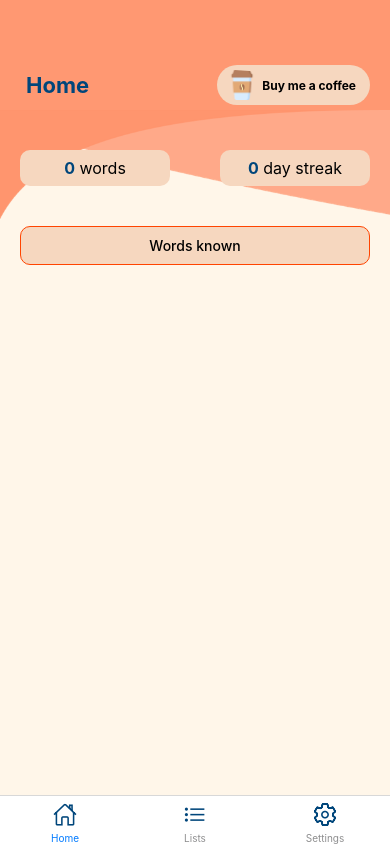
Repository: David-Waite/SpellingApp
Screen: /
The author's editor kept a copy of each file at every save. The screen is drawn from the files as they stood at one save, then again after the next save.
The app was drawn by React Native's web renderer in a window 390 px wide. The project was rebuilt for these pictures with package versions that can differ from the ones it lists, and the page was loaded fresh each time. Also part of the build but not shown: screens/Settings.js, screens/SpellWord.js, screens/WordsLearnt.js, screens/WordListOverview.js, screens/WordLists.js, screens/Donate.js.

Above is the screen before, as saved 2023-06-22 22:28:45.

### App.js
import { NavigationContainer } from "@react-navigation/native";
import { StatusBar } from "expo-status-bar";
import { StyleSheet } from "react-native";
import { Ionicons } from "@expo/vector-icons";

import Home from "./screens/Home";
import Settings from "./screens/Settings";
import SpellWord from "./screens/SpellWord";
import WordsLearnt from "./screens/WordsLearnt";
import WordListOverview from "./screens/WordListOverview";
import WordLists from "./screens/WordLists";
import Donate from "./screens/Donate";

import { createStackNavigator } from "@react-navigation/stack";
import { createBottomTabNavigator } from "@react-navigation/bottom-tabs";
import { GlobalStyles } from "./constants/styles";

import CoffeeBtn from "./components/ui/CoffeeBtn";

const BottomTabs = createBottomTabNavigator();
const Stack = createStackNavigator();

function BottomTabsScreens() {
  return (
    <BottomTabs.Navigator>
      <BottomTabs.Screen
        name="Home"
        component={Home}
        headerShadowVisible={false}
        options={({ navigation }) => ({
          headerRight: () => (
            <CoffeeBtn
              onPress={() => {
                navigation.navigate("Donate");
              }}
            />
          ),
          title: "Home",
          tabBarLabel: "Home",
          headerTitleAlign: "left",
          headerShadowVisible: false,
          headerTitleStyle: {
            color: GlobalStyles.colors.accent500,
            fontSize: 22,
            marginLeft: 10,
            fontWeight: 700,
            marginBottom: -60,
          },
          headerStyle: {
            backgroundColor: GlobalStyles.colors.primary400,
            height: 110,
          },

          tabBarIcon: ({ color, size }) => (
            <Ionicons
              name="home-outline"
              size={size}
              color={GlobalStyles.colors.accent500}
            />
          ),
        })}
      />
      <BottomTabs.Screen
        name="WordLists"
        component={WordLists}
        options={{
          title: "Word Lists",
          tabBarLabel: "Lists",
          tabBarIcon: ({ color, size }) => (
            <Ionicons
              name="list-outline"
              size={size}
              color={GlobalStyles.colors.accent500}
            />
          ),
        }}
      />
      <BottomTabs.Screen
        name="Settings"
        component={Settings}
        options={{
          title: "Settings",
          tabBarLabel: "Settings",
          tabBarIcon: ({ color, size }) => (
            <Ionicons
              name="settings-outline"
              size={size}
              color={GlobalStyles.colors.accent500}
            />
          ),
        }}
      />
    </BottomTabs.Navigator>
  );
}
export default function App() {
  return (
    <>
      <StatusBar style="light" />
      <NavigationContainer>
        <Stack.Navigator>
          <Stack.Screen
            name="BottomTabsScreen"
            component={BottomTabsScreens}
            options={{ headerShown: false }}
          />
          <Stack.Screen
            name="WordsLearnt"
            component={WordsLearnt}
            options={{ presentation: "modal" }}
          />
          <Stack.Screen name="WordListOverview" component={WordListOverview} />
          <Stack.Screen
            name="SpellWord"
            component={SpellWord}
            options={{ presentation: "modal" }}
          />
          <Stack.Screen
            name="Donate"
            component={Donate}
            options={{ presentation: "modal" }}
          />
        </Stack.Navigator>
      </NavigationContainer>
    </>
  );
}

const styles = StyleSheet.create({
  container: {
    flex: 1,
    backgroundColor: "#fff",
    alignItems: "center",
    justifyContent: "center",
  },
});

### screens/Home.js
import { ImageBackground, Text, View } from "react-native";
import { Dimensions } from "react-native";

import { StyleSheet } from "react-native";
import { GlobalStyles } from "../constants/styles";

import WordsLearntCard from "../components/ui/WordsLearntCard";
import StatBtn from "../components/ui/Home/StatBtn";

const windowWidth = Dimensions.get("window").width;
const windowHeight = Dimensions.get("window").height;
const imageHeight = windowWidth / 3.5;

function Home({ navigation }) {
  return (
    <View style={styles.imageContainer}>
      <ImageBackground
        style={styles.ImageBackground}
        source={require("../images/SpellingAppHeaderBackground.png")}
      >
        <View style={styles.container}>
          <View style={styles.statContainer}>
            <StatBtn stat={0} text="words" />
            <StatBtn stat={0} text="day streak" />
          </View>
          <WordsLearntCard navigation={navigation} />
        </View>
      </ImageBackground>
    </View>
  );
}

export default Home;

const styles = StyleSheet.create({
  imageContainer: {
    flex: 1,
    backgroundColor: GlobalStyles.colors.background,
  },
  statContainer: {
    flexDirection: "row",
    justifyContent: "space-between",
    marginVertical: 40,
  },
  container: {
    padding: 20,
    paddingTop: 0,
  },
  ImageBackground: {
    resizeMode: "contain",
    width: windowWidth,
    height: imageHeight,
  },
});

### constants/styles.js
export const GlobalStyles = {
  colors: {
    background: "#FFF6E9",
    primary50: "#FFF0E5",
    primary100: "#F6D7BF",
    primary100Dark: "#c7ad99",
    primary300: "#FFA989",
    primary400: "#FF9872",
    primary500: "#FF946E",
    primary800: "#FF4400",
    accent500: "#00467B",
    success500: "#0A8900",
    error500: "#FF0000",
  },
};

### components/ui/CoffeeBtn.js
import { Image } from "react-native";
import { StyleSheet } from "react-native";
import { Pressable } from "react-native";
import { View, Text } from "react-native";
import { GlobalStyles } from "../../constants/styles";

function CoffeeBtn({ onPress }) {
  return (
    <Pressable
      onPress={onPress}
      style={({ pressed }) => [styles.conatiner, pressed && styles.pressed]}
    >
      <View style={styles.layoutConatiner}>
        <Image
          style={styles.coffee}
          source={require("../../images/coffee-cup.png")}
        />
        <Text style={styles.text}>Buy me a coffee</Text>
      </View>
    </Pressable>
  );
}

export default CoffeeBtn;

const styles = StyleSheet.create({
  conatiner: {
    backgroundColor: GlobalStyles.colors.primary100,
    borderRadius: 20,
    paddingLeft: 10,
    paddingRight: 14,
    paddingVertical: 5,
    marginRight: 20,
    marginBottom: -60,
  },
  layoutConatiner: {
    flexDirection: "row",
    alignItems: "center",
    gap: 5,
  },
  text: {
    fontSize: 12,
    fontWeight: 700,
  },
  coffee: {
    width: 30,
    height: 30,
  },
  pressed: {
    backgroundColor: GlobalStyles.colors.primary100Dark,
    borderRadius: 20,
  },
});

### components/ui/WordsLearntCard.js
import { Text, StyleSheet } from "react-native";

import { GlobalStyles } from "../../constants/styles";
import { Pressable } from "react-native";
import { View } from "react-native";

function WordsLearntCard({ navigation }) {
  return (
    <Pressable onPress={() => navigation.navigate("WordsLearnt")}>
      <View style={styles.container}>
        <Text style={styles.WordsKnownText}>Words known</Text>
      </View>
    </Pressable>
  );
}

export default WordsLearntCard;

const styles = StyleSheet.create({
  container: {
    backgroundColor: GlobalStyles.colors.primary100,
    paddingHorizontal: 10,
    paddingVertical: 10,
    borderRadius: 10,
    borderColor: GlobalStyles.colors.primary800,
    borderWidth: 1,
  },
  WordsKnownText: {
    textAlign: "center",
    fontWeight: "500",
  },
  pressed: {
    opacity: 0.75,
  },
});

### components/ui/Home/StatBtn.js
import { StyleSheet } from "react-native";
import { Text, View } from "react-native";
import { GlobalStyles } from "../../../constants/styles";

function StatBtn({ stat, text }) {
  return (
    <View style={styles.container}>
      <Text style={styles.stat}>
        {stat}
        <Text style={styles.text}> {text}</Text>
      </Text>
    </View>
  );
}

export default StatBtn;

const styles = StyleSheet.create({
  container: {
    flexDirection: "row",
    gap: 10,
    backgroundColor: GlobalStyles.colors.primary100,
    borderRadius: 10,
    paddingHorizontal: 10,
    paddingVertical: 8,
    minWidth: 150,
    justifyContent: "center",
  },
  stat: {
    fontSize: 16,
    color: GlobalStyles.colors.accent500,
    fontWeight: "bold",
  },
  text: {
    color: "black",
    fontWeight: 400,
  },
});

After the next save:
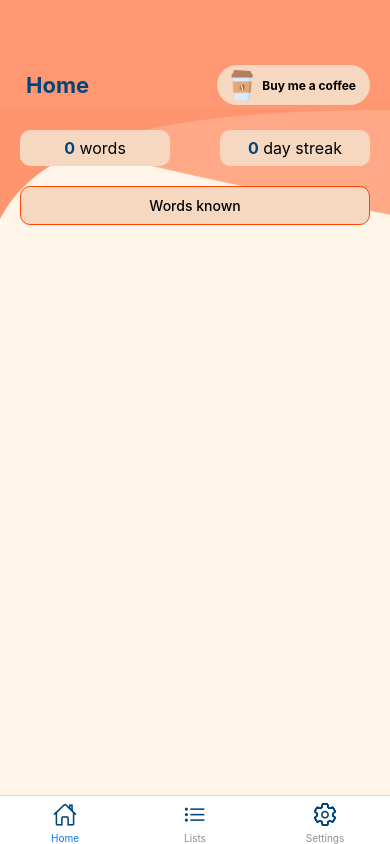
Saved 15 s later.
--- a/screens/Home.js
+++ b/screens/Home.js
@@ -40,7 +40,7 @@ const styles = StyleSheet.create({
   statContainer: {
     flexDirection: "row",
     justifyContent: "space-between",
-    marginVertical: 40,
+    marginVertical: 20,
   },
   container: {
     padding: 20,
